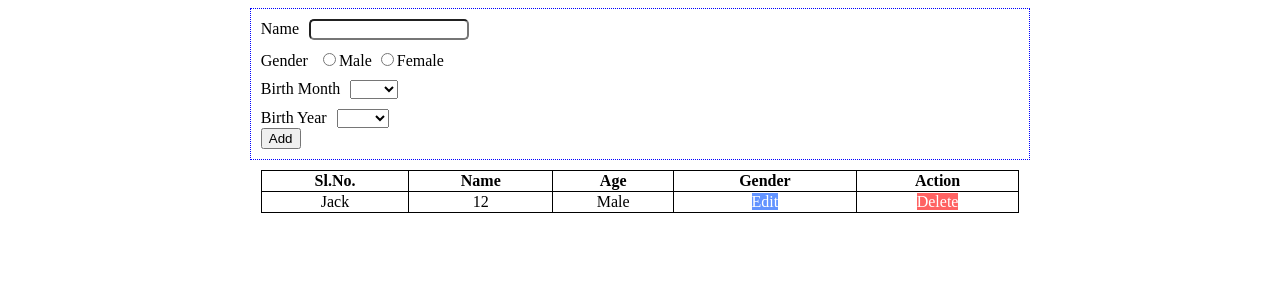
Repository: tysonpaul89/vue-student-crud
Page: /
These files come from the project's save history. The page is drawn as it stood at one moment and after the next save; the edit follows.
The browser window is 1280 px wide. The pictures show the whole page.
The project was rebuilt for these pictures with package versions that can differ from the ones it lists, and the page was loaded fresh each time.

Above is the page before, as saved 2020-04-11 11:34:39.

### src/App.vue
<template>
  <div id="app">
    <StudentForm :type="formType" @studentFormData="addStudent"/>
    <StudentListng :studentArray="students" />
  </div>
</template>

<script>
import StudentListng from './components/StudentListng.vue';
import StudentForm from './components/StudentForm.vue';

export default {
  name: 'App',
  components: {
    StudentListng, // To display student data.
    StudentForm // To Add/Edit student data.
  },
  data() {
    return {
      students: [
        { id:1, name: 'Jack', age: 12, gender: 'Male', birthMonth: 7, birthYear: 2008 },
      ],
      formType: 'create'
    }
  },
  methods: {
    addStudent(data) {
      if (this.formType === 'create') {
        this.students.push(data);
      } else {
        // pass
      }
    }
  }
}
</script>

<style>

</style>

### src/components/StudentListng.vue
<template>
  <table>
    <thead>
      <tr>
        <th>Sl.No.</th>
        <th>Name</th>
        <th>Age</th>
        <th>Gender</th>
        <th colspan="2">Action</th>
      </tr>
    </thead>
    <tbody>
      <tr v-for="student in studentArray" :key="student.id">
        <td>{{ student.name }}</td>
        <td>{{ student.age }}</td>
        <td>{{ student.gender }}</td>
        <td class="btn-td"><a id="btn-edit" href="#">Edit</a></td>
        <td class="btn-td"><a id="btn-delete" href="#">Delete</a></td>
      </tr>
    </tbody>
  </table>
</template>

<script>
export default {
  props: {
    studentArray: Array
  }
};
</script>

<style scoped>
  table {
    border-collapse: collapse;
    width: 60%;
    margin: 0 auto;
  }

  table,
  td,
  th {
    border: 1px solid black;
  }

  td {
    text-align: center;
  }

  #btn-delete,
  #btn-edit {
    color: white;
    text-decoration: none;
  }

  #btn-delete {
    background-color: rgba(255, 0, 0, 0.616);
  }

  #btn-edit {
    background-color: rgba(0, 81, 255, 0.616);
  }
</style>

### src/components/StudentForm.vue
<template>
  <div class="container">
    <form>
      <div class="form-group">
        <label for="name">Name</label>
        <input type="text" id="name" name="name" v-model="studentForm.name" />
      </div>
      <div class="form-group">
        <label>Gender</label>
        <input type="radio" name="Male" value="Male" v-model="studentForm.gender">Male
        <input type="radio" name="Female" value="Female" v-model="studentForm.gender">Female
      </div>
      <div class="form-group">
        <label for="month">Birth Month</label>
        <select name="month" id="month" v-model="studentForm.birthMonth">
          <option v-for="(month, index) in months" :key="index" :value="index">{{month}}</option>
        </select>
      </div>
      <div class="form-group">
        <label for="year">Birth Year</label>
        <select name="year" id="year" v-model="studentForm.birthYear">
          <option v-for="(year, index) in years" :key="index" :value="year">{{year}}</option>
        </select>
      </div>
      <button type="button" @click="onSubmit()">{{ type === 'create' ? 'Add' : 'Edit' }}</button>
    </form>
  </div>
</template>

<script>
export default {
  props: ['type'],
  computed: {
    years: () => {
      const yearLimit = new Date().getFullYear() - 5;
      const years = [];
      for(let i=2000; i < yearLimit; i++) {
        years.push(i);
      }
      return years;
    }
  },
  data() {
    return {
      studentForm: {
        name: "",
        gender: null,
        birthMonth: null,
        birthYear: null,
      },
      months: ['Jan', 'Feb', 'Mar', 'Apr', 'May', 'Jun', 'Jul', 'Aug', 'Sep', 'Oct', 'Nov', 'Dec'],
    };
  },
  methods: {
    onSubmit() {
      const today = new Date()
      let student = null;
      if (this.type === 'create') {
        student = {
          id: today.getMilliseconds(),
          name: this.studentForm.name,
          age:  today.getFullYear() - this.studentForm.birthYear,
          gender: this.studentForm.gender,
          birthMonth: this.studentForm.birthMonth,
          birthYear: this.studentForm.birthYear,
        };
      } else {
        // pass
      }
      // Pass to the parent element.
      this.$emit('studentFormData', student)
    }
  }
};
</script>

<style scoped>
.container {
  width: 60%;
  margin: 0 auto;
  margin-bottom: 10px;
  border: 1px dotted blue;
  padding: 0 10px 10px 10px;
}

.form-group {
  padding-top: 10px;
}

.form-group label {
  padding-right: 10px;
}

.form-group input[type="text"] {
  border-radius: 5px;
  width: 20%;
}
</style>

Loaded but not shown: public/index.html (common file); src/main.js (common file)

After the next save:
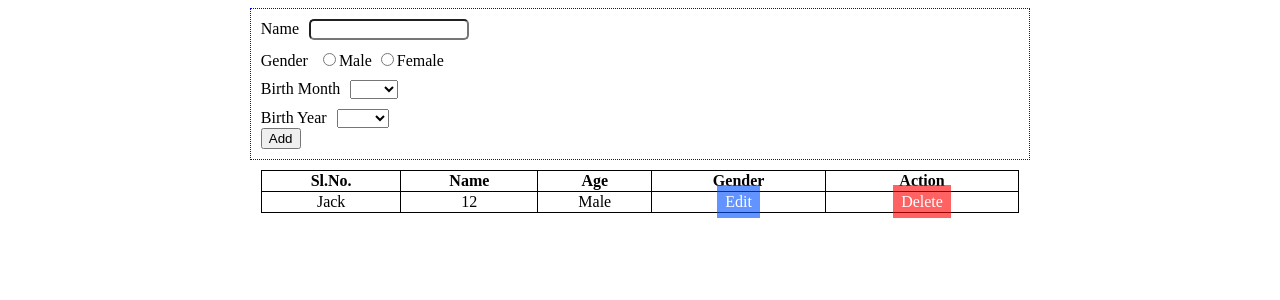
Saved 51 s later.
--- a/src/components/StudentListng.vue
+++ b/src/components/StudentListng.vue
@@ -50,6 +50,7 @@
   #btn-edit {
     color: white;
     text-decoration: none;
+    padding: .5em;
   }
 
   #btn-delete {

After the save that followed:
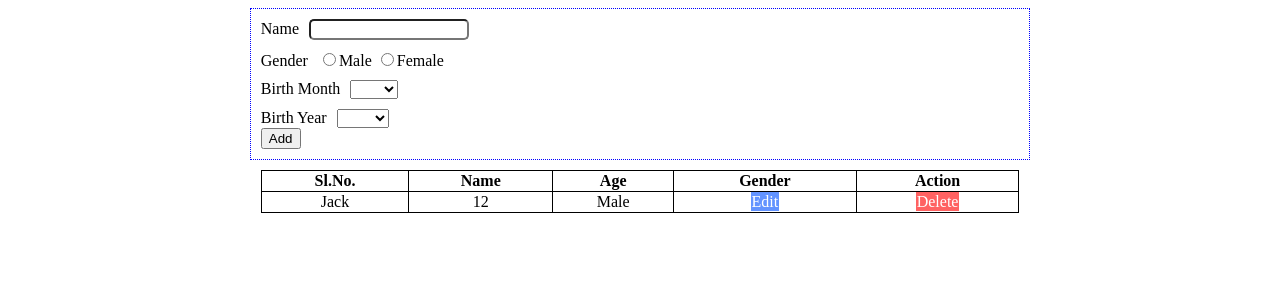
Saved 11 s later.
--- a/src/components/StudentListng.vue
+++ b/src/components/StudentListng.vue
@@ -50,7 +50,7 @@
   #btn-edit {
     color: white;
     text-decoration: none;
-    padding: .5em;
+    padding: 1px;
   }
 
   #btn-delete {
